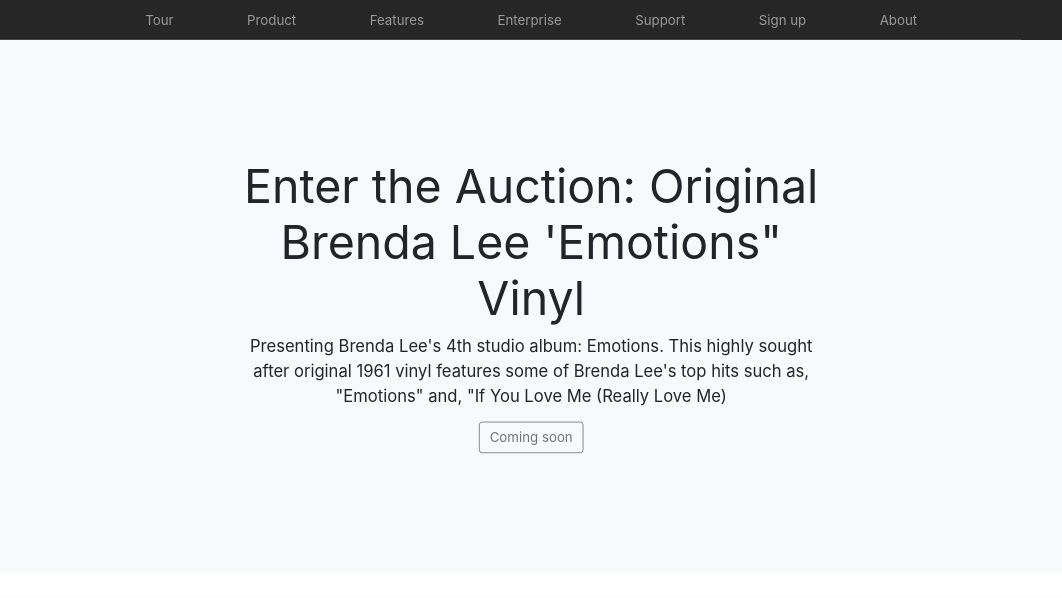
Repository: nvera007/nicolevera-resume
Page: LearnCS8-Twilio/index.html
The author's editor kept a record of every edit. The page is drawn from the files as they stood at one moment, then again after the next edit.
The browser window is 1280 px wide. The pictures show the whole page, at 83% of full size.

Above is the page before.

### LearnCS8-Twilio/index.html
<!doctype html>
<html lang="en">
  <head>
    <!-- Required meta tags -->
    <meta charset="utf-8">
    <meta name="viewport" content="width=device-width, initial-scale=1, shrink-to-fit=no">
    <meta name="description" content="Presenting Brenda Lee's 4th studio album: Emotions. This original 1961 vinyl features some of Brenda Lee's top hits such as, "Emotions" and, "If You Love Me (Really Love Me)>
    <meta name="author" content="862368526">

    <!-- Bootstrap CSS -->
    <link rel="stylesheet" href="https://stackpath.bootstrapcdn.com/bootstrap/4.5.2/css/bootstrap.min.css" integrity="sha384-JcKb8q3iqJ61gNV9KGb8thSsNjpSL0n8PARn9HuZOnIxN0hoP+VmmDGMN5t9UJ0Z" crossorigin="anonymous">

    <!-- Title of your Website -->
    <title>Brenda Lee: Emotions (1961)</title>
    <link href="product.css" rel="stylesheet">
  </head>
  <body>
  </body>
</html>
<nav class="site-header sticky-top py-1">
    <!-- Top Menu Bar -->
    <div class="container d-flex flex-column flex-md-row justify-content-between">
        <a class="py-2 d-none d-md-inline-block" id="menu-item-1" href="https://f1tv.formula1.com/" target="formula1"></s> Tour</a>
        <a class="py-2 d-none d-md-inline-block" id="menu-item-2" href="https://www.youtube.com/watch?v=q-lF0Cn41rk&t=400s" target="youtube">Product</a>
        <a class="py-2 d-none d-md-inline-block" id="menu-item-3" href="https://www.youtube.com/watch?v=qdQNfF1-2rw" target=youtube1>Features</a>
        <a class="py-2 d-none d-md-inline-block" id="menu-item-4" href="https://www.youtube.com/watch?v=Tto9-9PGVJw" target=youtube2>Enterprise</a>
        <a class="py-2 d-none d-md-inline-block" id="menu-item-5" href="https://www.youtube.com/watch?v=8ue7ztpUtrs" target=youtube3>Support</a>
        <a class="py-2 d-none d-md-inline-block" id="menu-item-6" href="https://www.youtube.com/watch?v=P9owMEbqGxk" target=youtube4>Sign up</a>
        <a class="py-2 d-none d-md-inline-block" id="menu-item-7" href="https://www.formula1.com/en/drivers/carlos-sainz.html" target=sainz>About</a>
    </div>
</nav>
<!-- Main Header Section h1-->
<div class="position-relative overflow-hidden p-3 p-md-5 m-md-0 text-center bg-light">
    <div class="col-md-8 p-lg-5 mx-auto my-5">
        <h1 class="display-4 font-weight-normal">Enter the Auction: Original Brenda Lee 'Emotions" Vinyl</h1>
        <p class="lead font-weight-normal">Presenting Brenda Lee's 4th studio album: Emotions. This highly sought after original 1961 vinyl features some of Brenda Lee's top hits such as, "Emotions" and, "If You Love Me (Really Love Me)</p>
        <a class="btn btn-outline-secondary" href="https://www.youtube.com/watch?v=T9l9ewaz9Gk" target=oomd>Coming soon</a>
    </div>
</div>

### LearnCS8-Twilio/product.css
.container {
  max-width: 960px;
}

/*
 * Custom translucent site header
 */

.site-header {
  background-color: rgba(0, 0, 0, .85);
  -webkit-backdrop-filter: saturate(180%) blur(20px);
  backdrop-filter: saturate(180%) blur(20px);
}
.site-header a {
  color: #999;
  transition: ease-in-out color .15s;
}
.site-header a:hover {
  color: #fff;
  text-decoration: none;
}

/*
 * Dummy devices (replace them with your own or something else entirely!)
 */

.product-device {
  position: absolute;
  right: 10%;
  bottom: -30%;
  width: 300px;
  height: 540px;
  background-color: #333;
  border-radius: 21px;
  -webkit-transform: rotate(30deg);
  transform: rotate(30deg);
}

.product-device::before {
  position: absolute;
  top: 10%;
  right: 10px;
  bottom: 10%;
  left: 10px;
  content: "";
  background-color: rgba(255, 255, 255, .1);
  border-radius: 5px;
}

.product-device-2 {
  top: -25%;
  right: auto;
  bottom: 0;
  left: 5%;
  background-color: #e5e5e5;
}


/*
 * Extra utilities
 */

.flex-equal > * {
  -ms-flex: 1;
  flex: 1;
}
@media (min-width: 768px) {
  .flex-md-equal > * {
    -ms-flex: 1;
    flex: 1;
  }
}

.overflow-hidden { overflow: hidden; }

After the next edit:
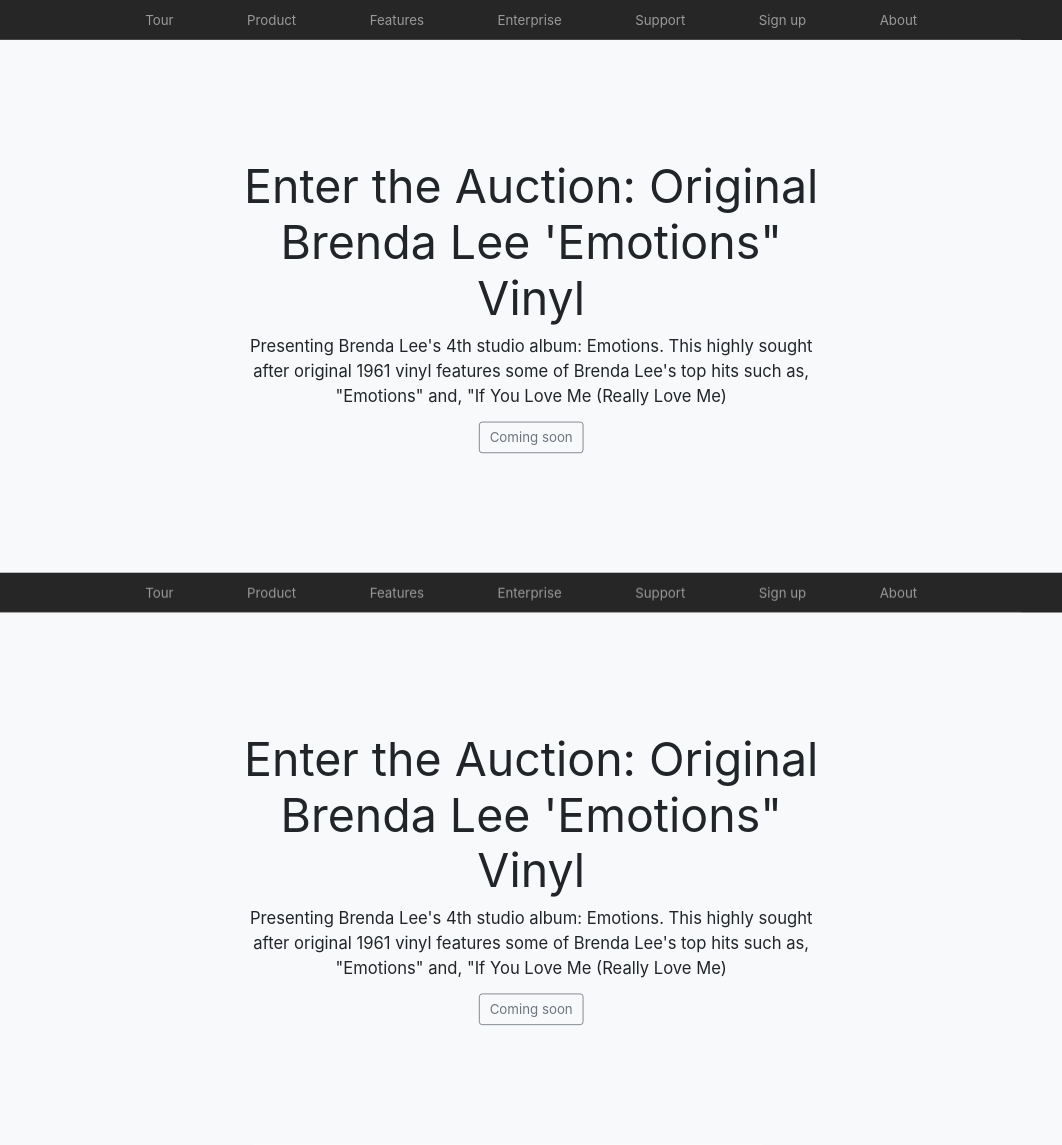
The edit:
--- a/LearnCS8-Twilio/index.html
+++ b/LearnCS8-Twilio/index.html
@@ -14,6 +14,26 @@
     <title>Brenda Lee: Emotions (1961)</title>
     <link href="product.css" rel="stylesheet">
   </head>
+  <nav class="site-header sticky-top py-1">
+    <!-- Top Menu Bar -->
+    <div class="container d-flex flex-column flex-md-row justify-content-between">
+        <a class="py-2 d-none d-md-inline-block" id="menu-item-1" href="https://f1tv.formula1.com/" target="formula1"></s> Tour</a>
+        <a class="py-2 d-none d-md-inline-block" id="menu-item-2" href="https://www.youtube.com/watch?v=q-lF0Cn41rk&t=400s" target="youtube">Product</a>
+        <a class="py-2 d-none d-md-inline-block" id="menu-item-3" href="https://www.youtube.com/watch?v=qdQNfF1-2rw" target=youtube1>Features</a>
+        <a class="py-2 d-none d-md-inline-block" id="menu-item-4" href="https://www.youtube.com/watch?v=Tto9-9PGVJw" target=youtube2>Enterprise</a>
+        <a class="py-2 d-none d-md-inline-block" id="menu-item-5" href="https://www.youtube.com/watch?v=8ue7ztpUtrs" target=youtube3>Support</a>
+        <a class="py-2 d-none d-md-inline-block" id="menu-item-6" href="https://www.youtube.com/watch?v=P9owMEbqGxk" target=youtube4>Sign up</a>
+        <a class="py-2 d-none d-md-inline-block" id="menu-item-7" href="https://www.formula1.com/en/drivers/carlos-sainz.html" target=sainz>About</a>
+    </div>
+</nav>
+<!-- Main Header Section h1-->
+<div class="position-relative overflow-hidden p-3 p-md-5 m-md-0 text-center bg-light">
+    <div class="col-md-8 p-lg-5 mx-auto my-5">
+        <h1 class="display-4 font-weight-normal">Enter the Auction: Original Brenda Lee 'Emotions" Vinyl</h1>
+        <p class="lead font-weight-normal">Presenting Brenda Lee's 4th studio album: Emotions. This highly sought after original 1961 vinyl features some of Brenda Lee's top hits such as, "Emotions" and, "If You Love Me (Really Love Me)</p>
+        <a class="btn btn-outline-secondary" href="https://www.youtube.com/watch?v=T9l9ewaz9Gk" target=oomd>Coming soon</a>
+    </div>
+</div>
   <body>
   </body>
 </html>

After the edit that followed:
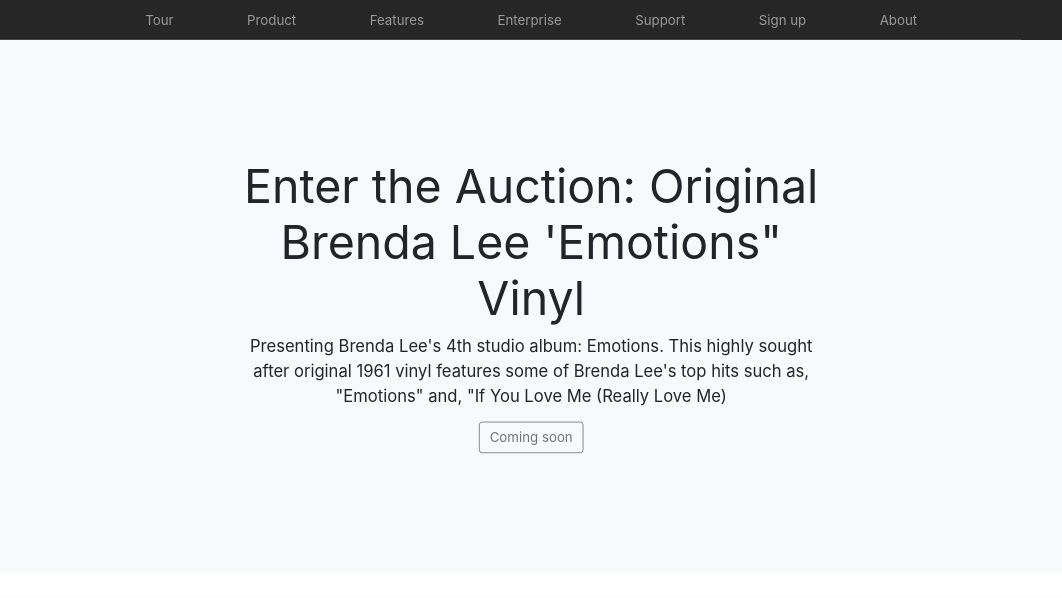
The edit:
--- a/LearnCS8-Twilio/index.html
+++ b/LearnCS8-Twilio/index.html
@@ -37,23 +37,3 @@
   <body>
   </body>
 </html>
-<nav class="site-header sticky-top py-1">
-    <!-- Top Menu Bar -->
-    <div class="container d-flex flex-column flex-md-row justify-content-between">
-        <a class="py-2 d-none d-md-inline-block" id="menu-item-1" href="https://f1tv.formula1.com/" target="formula1"></s> Tour</a>
-        <a class="py-2 d-none d-md-inline-block" id="menu-item-2" href="https://www.youtube.com/watch?v=q-lF0Cn41rk&t=400s" target="youtube">Product</a>
-        <a class="py-2 d-none d-md-inline-block" id="menu-item-3" href="https://www.youtube.com/watch?v=qdQNfF1-2rw" target=youtube1>Features</a>
-        <a class="py-2 d-none d-md-inline-block" id="menu-item-4" href="https://www.youtube.com/watch?v=Tto9-9PGVJw" target=youtube2>Enterprise</a>
-        <a class="py-2 d-none d-md-inline-block" id="menu-item-5" href="https://www.youtube.com/watch?v=8ue7ztpUtrs" target=youtube3>Support</a>
-        <a class="py-2 d-none d-md-inline-block" id="menu-item-6" href="https://www.youtube.com/watch?v=P9owMEbqGxk" target=youtube4>Sign up</a>
-        <a class="py-2 d-none d-md-inline-block" id="menu-item-7" href="https://www.formula1.com/en/drivers/carlos-sainz.html" target=sainz>About</a>
-    </div>
-</nav>
-<!-- Main Header Section h1-->
-<div class="position-relative overflow-hidden p-3 p-md-5 m-md-0 text-center bg-light">
-    <div class="col-md-8 p-lg-5 mx-auto my-5">
-        <h1 class="display-4 font-weight-normal">Enter the Auction: Original Brenda Lee 'Emotions" Vinyl</h1>
-        <p class="lead font-weight-normal">Presenting Brenda Lee's 4th studio album: Emotions. This highly sought after original 1961 vinyl features some of Brenda Lee's top hits such as, "Emotions" and, "If You Love Me (Really Love Me)</p>
-        <a class="btn btn-outline-secondary" href="https://www.youtube.com/watch?v=T9l9ewaz9Gk" target=oomd>Coming soon</a>
-    </div>
-</div>
